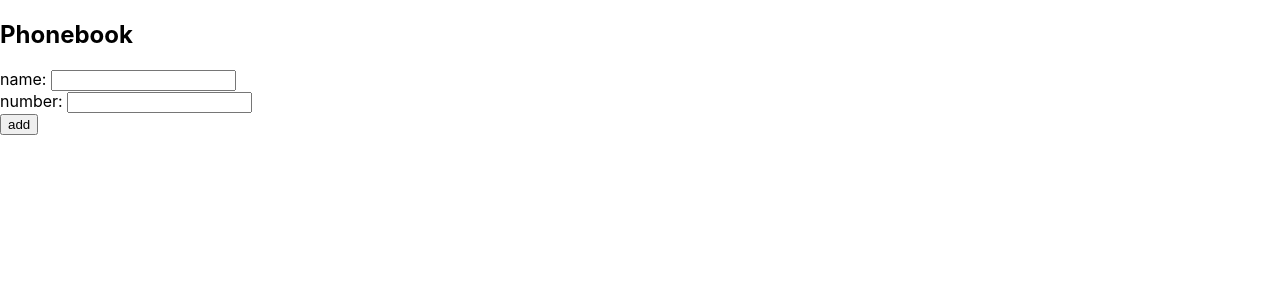
Repository: 0101chaitanya/phonebook-front
Page: /
The author's editor kept a copy of each file at every save. The page is drawn from the files as they stood at one save, then again after the next save.
The browser window is 1280 px wide. The pictures show the whole page.
The project was rebuilt for these pictures with package versions that can differ from the ones it lists, and the page was loaded fresh each time.

Above is the page before, as saved 2021-09-19 17:14:25.

### src/App.jsx
import React, { useState } from "react";

const App = () => {
  const [persons, setPersons] = useState([{ name: "Arto Hellas" }]);
  const [state, setState] = useState({
    name: "",
    number: "",
  });
  const handleChange = (e) => {
    let inter = state;
    inter[e.target.name] = e.target.value;
    setState(inter);
  };
  const handleSubmit = (e) => {
    e.preventDefault();
    setPersons(persons.concat(state));
  };
  return (
    <div>
      <h2>Phonebook</h2>

      <form onSubmit={handleSubmit}>
        <div>
          name: <input onChange={handleChange} name="name" />
        </div>
        <div>
          number: <input onChange={handleChange} name="number" />
        </div>
        <div>
          <button type="submit">add</button>
        </div>
      </form>
      <div>
        {persons.map((person) => {
          <p>
            {person.name} {person.number}
          </p>;
        })}
      </div>
    </div>
  );
};

export default App;

Loaded but not shown: public/index.html (common file); src/index.jsx (common file); src/index.css (common file)

After the next save:
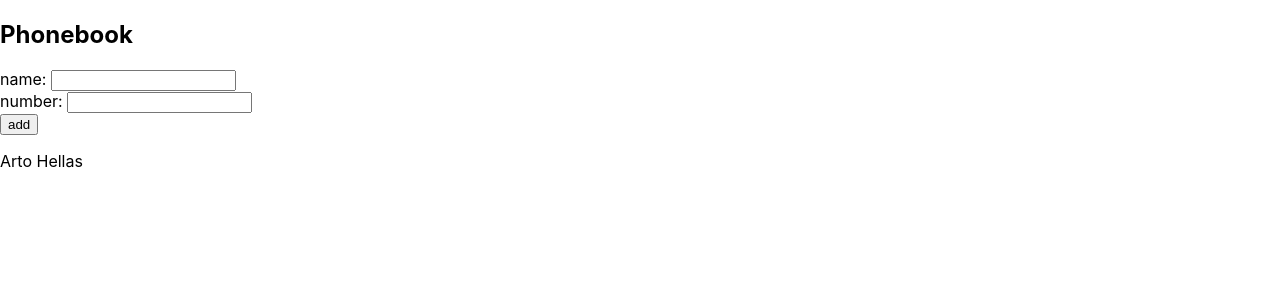
Saved 25 s later.
--- a/src/App.jsx
+++ b/src/App.jsx
@@ -32,9 +32,11 @@ const App = () => {
       </form>
       <div>
         {persons.map((person) => {
-          <p>
-            {person.name} {person.number}
-          </p>;
+          return (
+            <p>
+              {person.name} {person.number}
+            </p>
+          );
         })}
       </div>
     </div>
